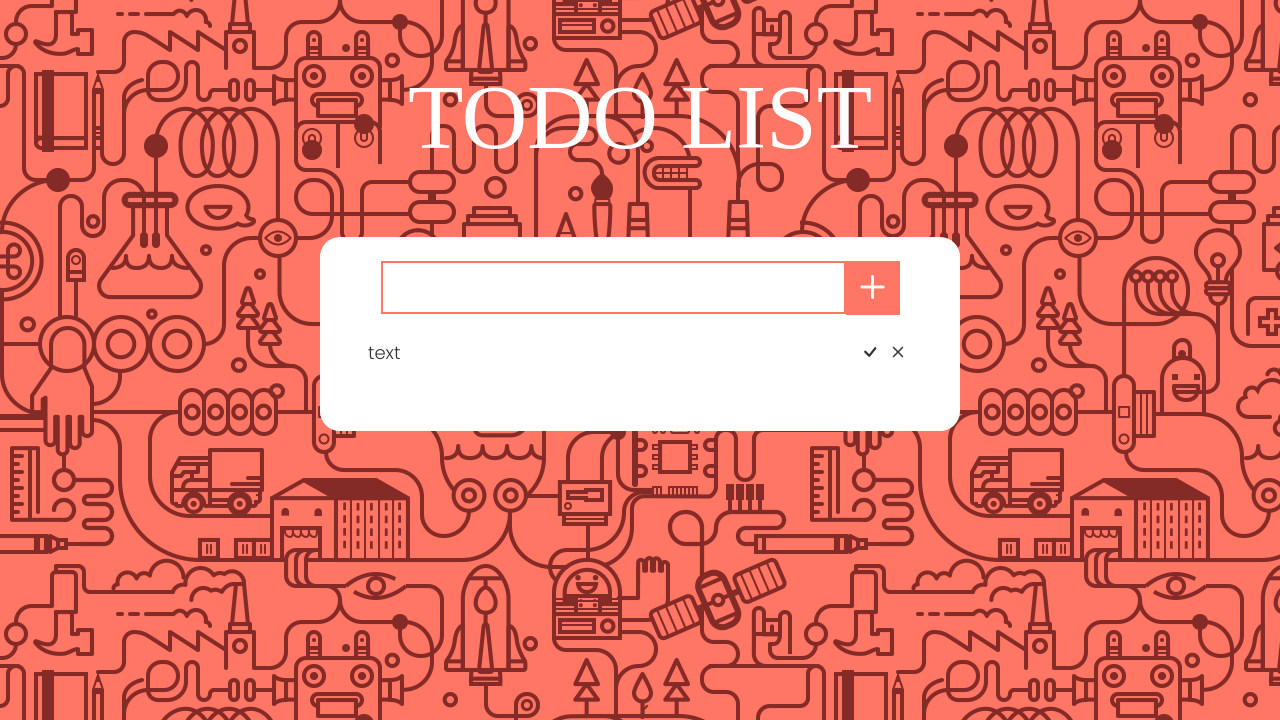
Repository: zum281/todo-list
Page: index.html
The author's editor kept a copy of each file at every save. The page is drawn from the files as they stood at one save, then again after the next save.
The browser window is 1280 px wide. The pictures show the whole page.
Some web fonts or font styles are not loaded; a fallback is used. Some web libraries are served in a nearby version. The style sheet was rebuilt from its Sass, Less or Tailwind sources for each picture, by a compiler version that may differ from the author's.

Above is the page before, as saved 2021-03-05 16:52:35.

After the next save:
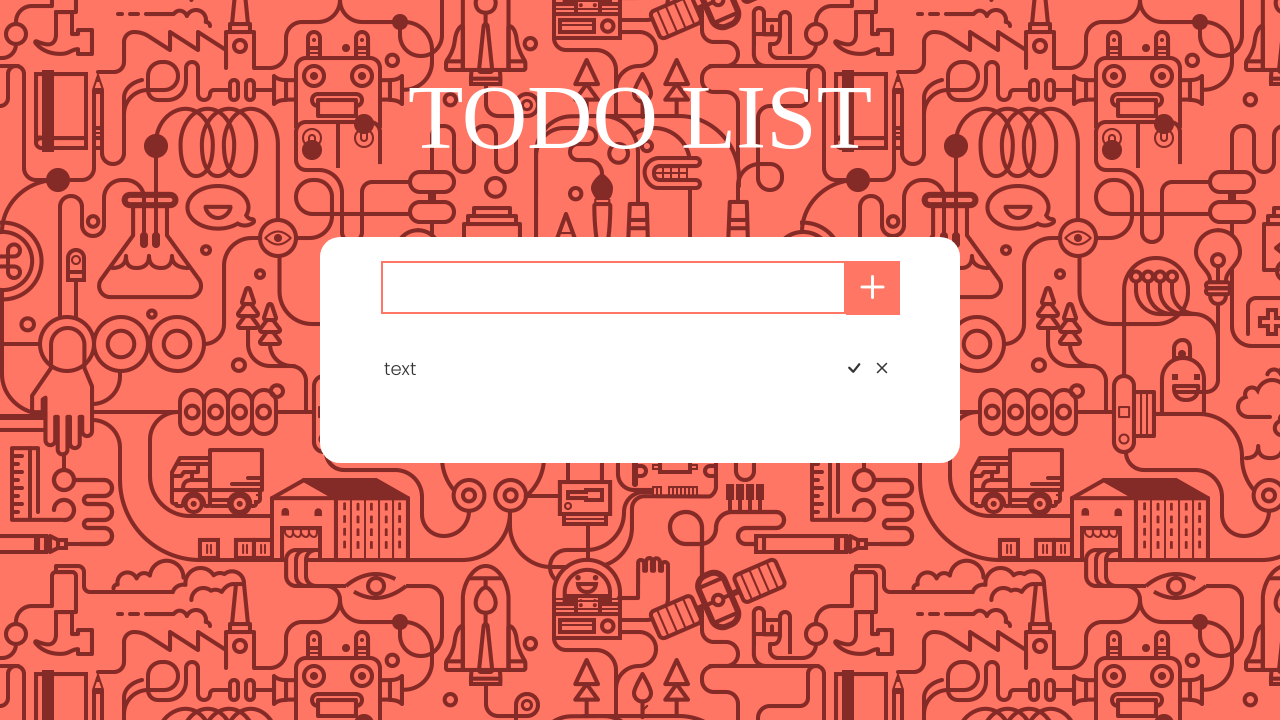
Saved 6 s later.
--- a/sass/main.scss
+++ b/sass/main.scss
@@ -69,7 +69,7 @@ body {
         }
     }
     .todo-list-container {
-        padding: 1.5rem;
+        padding: 2.5rem;
         width: 100%;
     }
     ul {
